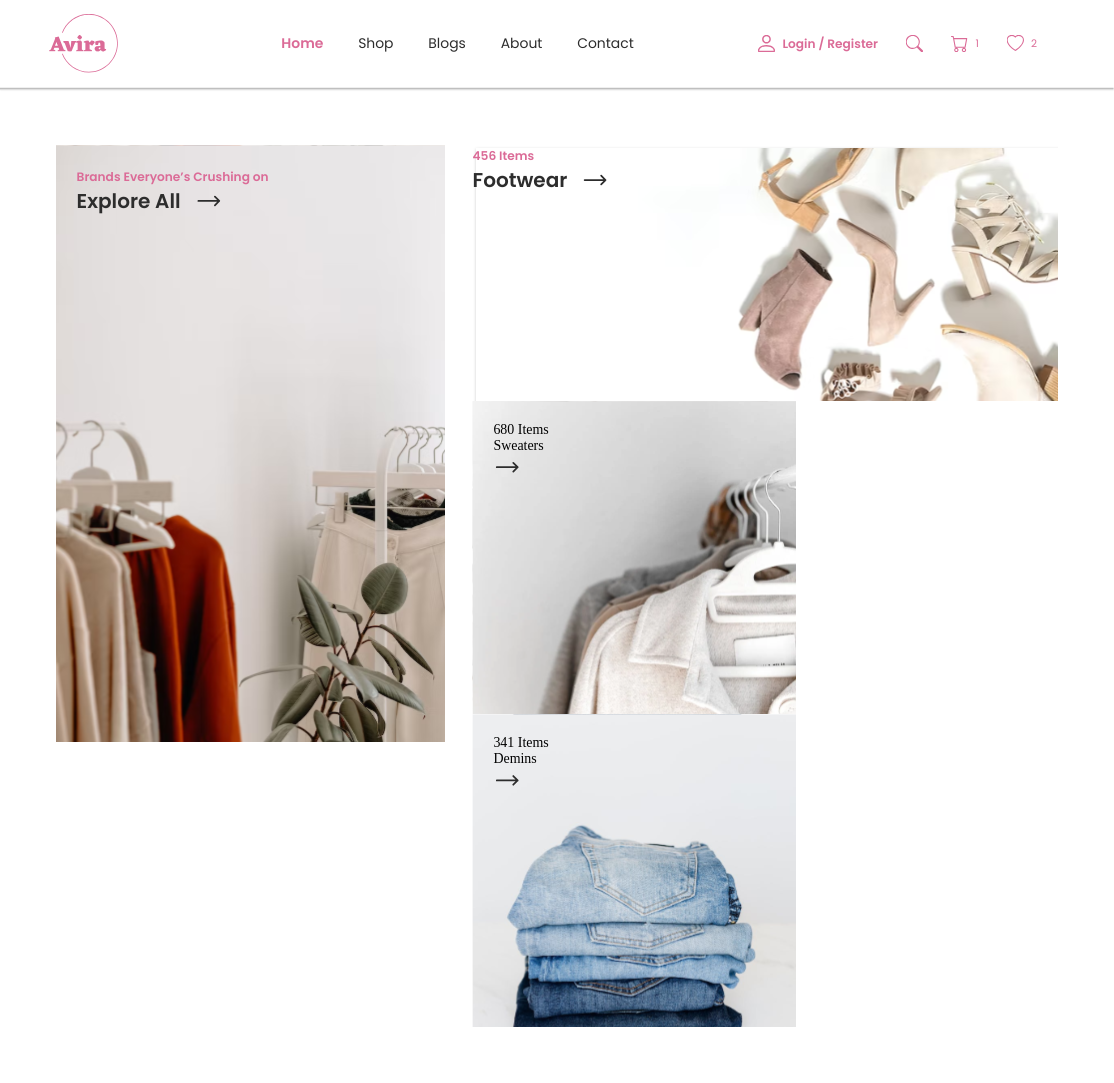
Repository: NatiqSamiyev/E-commerce-vebsite
Page: pages/homePage/index.html
An editor plug-in stored every save of this project. The page is shown before and after the next save, followed by the edit.
The browser window is 1280 px wide. The pictures show the whole page, at 87% of full size.
Some web fonts or font styles are not loaded; a fallback is used. The style sheet was rebuilt from its Sass, Less or Tailwind sources for each picture, by a compiler version that may differ from the author's.

Above is the page before, as saved 2023-12-02 11:37:34.

### pages/homePage/index.html
<!DOCTYPE html>
<html lang="en">
<head>
    <meta charset="UTF-8">
    <meta name="viewport" content="width=device-width, initial-scale=1.0">
    <title>Document</title>
    <link rel="stylesheet" href="../../assets/css/reset.css">
    <link rel="stylesheet" href="./index.css">
</head>
<body>

    <div class="shopping-container">


        <div class="top-container">
            <img class="image-avira" src="../../assets/image/Frame.svg" alt="">
            <nav>

                <ul class="ul-1">
                    <li>
                        <a href="#">Home</a>
                    </li>
                    <li>
                        <a href="#">Shop</a>
                    </li>
                    <li>
                        <a href="#">Blogs</a>
                    </li>
                    <li>
                        <a href="#">About</a>
                    </li>
                    <li>
                        <a href="#">Contact</a>
                    </li>
                </ul>

                <ul class="ul-2">
                    <li>
                        <img src="../../assets/image/icn settings icn-xs.svg" alt="">
                        <a href="#">Login / Register</a>
                    </li>
                    <li>
                        <img src="../../assets/image/icn settings icn-xs (1).svg" alt="">

                    </li>
                    <li>
                        <img src="../../assets/image/icn settings icn-xs (2).svg" alt="">
                        <p>1</p>
                    </li>
                    <li>
                        <img src="../../assets/image/icn settings icn-xs (3).svg" alt="">
                        <p>2</p>
                    </li>
                </ul>
            </nav>

        </div>

        <div class="box-container">
            <div class="box-1">
                <p class="p-1">Brands Everyone’s Crushing on</p>
                <div>
                    <p class="p-2">Explore All</p>
                    <img src="../../assets/image/Button Icon component.svg" alt="">
                </div>

            </div>

            <div class="box-2">

               <div class="image-1">
                <p class="p-1">456 Items</p>
                <div>
                    <p class="p-2">Footwear</p>
                    <img src="../../assets/image/Button Icon component.svg" alt="">
                </div>


               </div>


               <div class="image-2">
                    <p class="p-1">680 Items</p>
                    <div>
                        <p class="p-2">Sweaters</p>
                        <img src="../../assets/image/Button Icon component.svg" alt="">
                    </div>
               </div>


               <div class="image-3">
                    <p class="p-1">341 Items</p>
                    <div>
                        <p class="p-2">Demins</p>
                        <img src="../../assets/image/Button Icon component.svg" alt="">
                    </div>
                </div>

            </div>

        </div>

    </div>

</body>
<script src="./index.js"></script>
</html>

### assets/css/reset.css
*{
    margin: 0;
    padding: 0;
    box-sizing: border-box;
}
li{
    list-style-type: none;
}
a{
    text-decoration: none;

}
button{
    border: none;
    background: none;
}

### pages/homePage/index.scss
@import url("https://fonts.googleapis.com/css2?family=Epilogue:wght@400;600;700;800;900&family=Inter:wght@400;500;600;700&family=Laila:wght@700&family=Open+Sans:wght@400;600;700;800&family=Poppins:wght@400;500;600;700;800;900&family=Roboto+Slab:wght@700&family=Roboto:wght@400;700;900&display=swap");

.shopping-container {
  width: 100%;
  min-height: 100vh;

  .top-container {
    padding: 16px 56px 17px 56px;
    border-bottom: 2px solid  rgba(0, 0, 0, 0.25);
    box-shadow: 0px 1px 2px 0px rgba(0, 0, 0, 0.25);
    display: flex;
    justify-content: space-between;

    .image-avira {
      width: 80px;
      height: 68px;
    }

    nav {
      display: flex;
      justify-content: space-between;
      align-items: center;
      ul {
        display: flex;
        align-items: center;
      }
      li {
        list-style-type: none;
        a {
          text-decoration: none;
        }
      }

      .ul-1 {
        margin-right: 143px;
        li {
          margin-left: 40px;
          a {
            color: var(--text-color-primary, #2d2d2d);
            text-align: right;
            font-family: Poppins;
            font-size: 16px;
            font-style: normal;
            font-weight: 400;
            line-height: 24px;
          }
        }

        li:first-child {
          a {
            color: var(--text-color-accent, #db6b97);
            text-align: right;
            font-family: Poppins;
            font-size: 16px;
            font-style: normal;
            font-weight: 600;
            line-height: 24px;
          }
        }
      }

      .ul-2 {
        li {
          display: flex;
          align-items: center;
          margin-right: 32px;
          a {
            margin-left: 8px;
            color: var(--text-color-accent, #db6b97);
            text-align: center;
            font-family: Poppins;
            font-size: 14px;
            font-style: normal;
            font-weight: 600;
            line-height: 24px;
          }

          img {
            width: 20px;
            height: 20px;
          }
          p {
            margin-left: 8px;
            color: var(--text-color-accent, #db6b97);
            text-align: center;
            font-family: Poppins;
            font-size: 12px;
            font-style: normal;
            font-weight: 400;
            line-height: 16px;
          }
        }
      }
    }
  }

  .box-container {
    width: 100%;
    padding: 64px;
    display: flex;



    .box-1 {
      width: 512px;
      height: 686px;
      padding: 24px 0 0 24px;
      background-image: url(../../assets/image/image\ 1.svg);
      background-repeat: no-repeat;

      .p-1 {
        color: var(--text-color-accent, #db6b97);
        font-family: Poppins;
        font-size: 14px;
        font-style: normal;
        font-weight: 600;
        line-height: 24px;
      }
      div {
        display: flex;
        align-items: center;

        .p-2 {
          color: var(--text-color-primary, #2d2d2d);
          font-family: Poppins;
          font-size: 23px;
          font-style: normal;
          font-weight: 600;
          line-height: 32px;
        }

        img {
          margin-left: 16px;
          width: 32px;
          height: 32px;
        }
      }
    }

    .box-2 {
      width: 776px;
        margin-left: 32px;
        .image-1{
            height: 294px;
            background-image: url(../../assets/image/image\ 6.svg);
            background-repeat: no-repeat;

            .p-1 {
              color: var(--text-color-accent, #db6b97);
              font-family: Poppins;
              font-size: 14px;
              font-style: normal;
              font-weight: 600;
              line-height: 24px;
            }

            div {
              display: flex;
              align-items: center;

              .p-2 {
                color: var(--text-color-primary, #2d2d2d);
                font-family: Poppins;
                font-size: 23px;
                font-style: normal;
                font-weight: 600;
                line-height: 32px;
              }

              img {
                margin-left: 16px;
                width: 32px;
                height: 32px;
              }
            }

        }

        .image-2{
            width: 372px;
            height: 360px;
            padding: 24px 0 0 24px;
            background-image: url(../../assets/image/image\ 10.svg);
            background-repeat: no-repeat;
          }


          .image-3{
            width: 372px;
            height: 360px;
            padding: 24px 0 0 24px;
            background-image: url(../../assets/image/image\ 9.svg);
            background-repeat: no-repeat;

          }














    }






  }
}

Loaded but not shown: pages/homePage/index.js (no stored copy; drawn as an empty file)

After the next save:
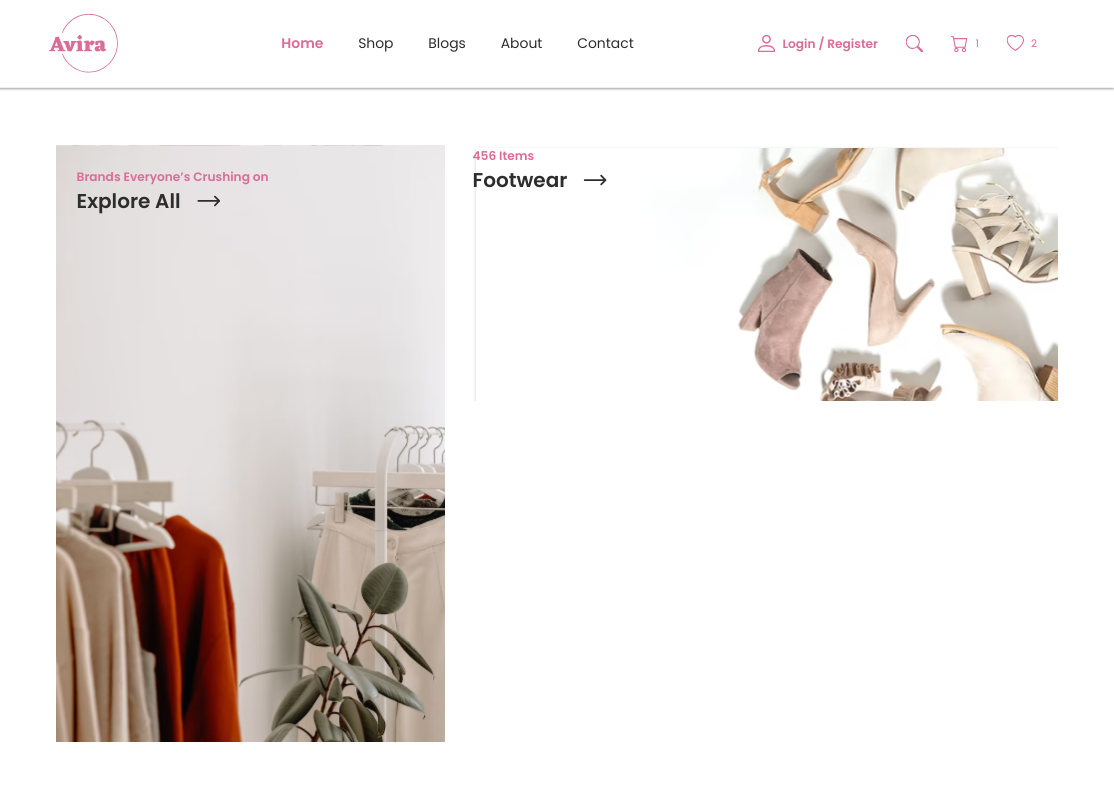
Saved 10 s later.
--- a/pages/homePage/index.html
+++ b/pages/homePage/index.html
@@ -79,7 +79,7 @@
                </div>
 
 
-               <div class="image-2">
+               <!-- <div class="image-2">
                     <p class="p-1">680 Items</p>
                     <div>
                         <p class="p-2">Sweaters</p>
@@ -95,7 +95,7 @@
                         <img src="../../assets/image/Button Icon component.svg" alt="">
                     </div>
                 </div>
-
+  -->
             </div>
 
         </div>

After the 2 saves that followed:
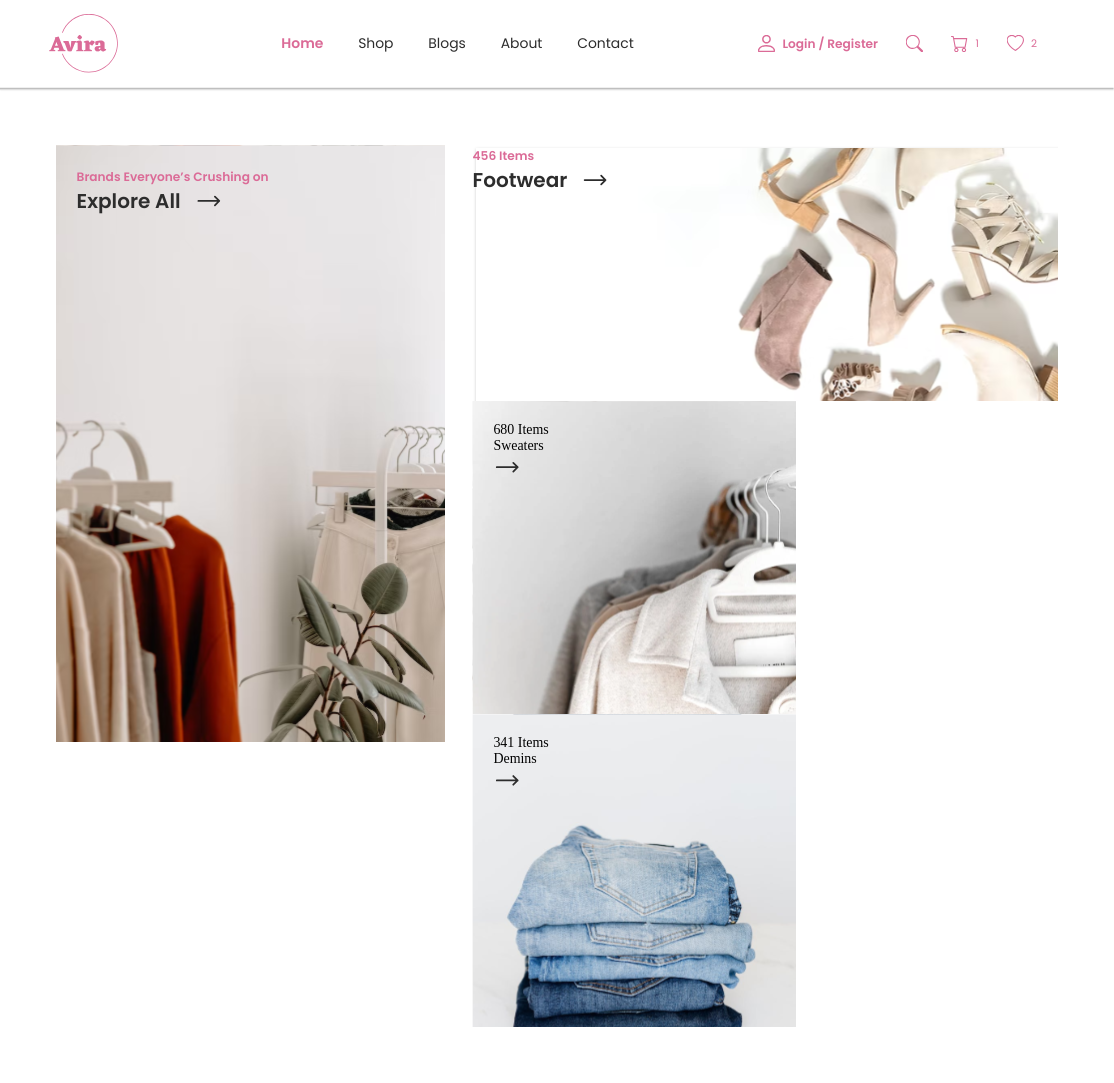
The 2 saves are shown as one change because 1 left the picture as it was.
The last was saved 34 s later.
--- a/pages/homePage/index.html
+++ b/pages/homePage/index.html
@@ -78,24 +78,26 @@
 
                </div>
 
-
-               <!-- <div class="image-2">
-                    <p class="p-1">680 Items</p>
-                    <div>
-                        <p class="p-2">Sweaters</p>
-                        <img src="../../assets/image/Button Icon component.svg" alt="">
-                    </div>
-               </div>
+<div class="img-collage">
+    <div class="image-2">
+        <p class="p-1">680 Items</p>
+        <div>
+            <p class="p-2">Sweaters</p>
+            <img src="../../assets/image/Button Icon component.svg" alt="">
+        </div>
+   </div>
 
 
-               <div class="image-3">
-                    <p class="p-1">341 Items</p>
-                    <div>
-                        <p class="p-2">Demins</p>
-                        <img src="../../assets/image/Button Icon component.svg" alt="">
-                    </div>
-                </div>
-  -->
+   <div class="image-3">
+        <p class="p-1">341 Items</p>
+        <div>
+            <p class="p-2">Demins</p>
+            <img src="../../assets/image/Button Icon component.svg" alt="">
+        </div>
+    </div>
+
+</div>
+
             </div>
 
         </div>
